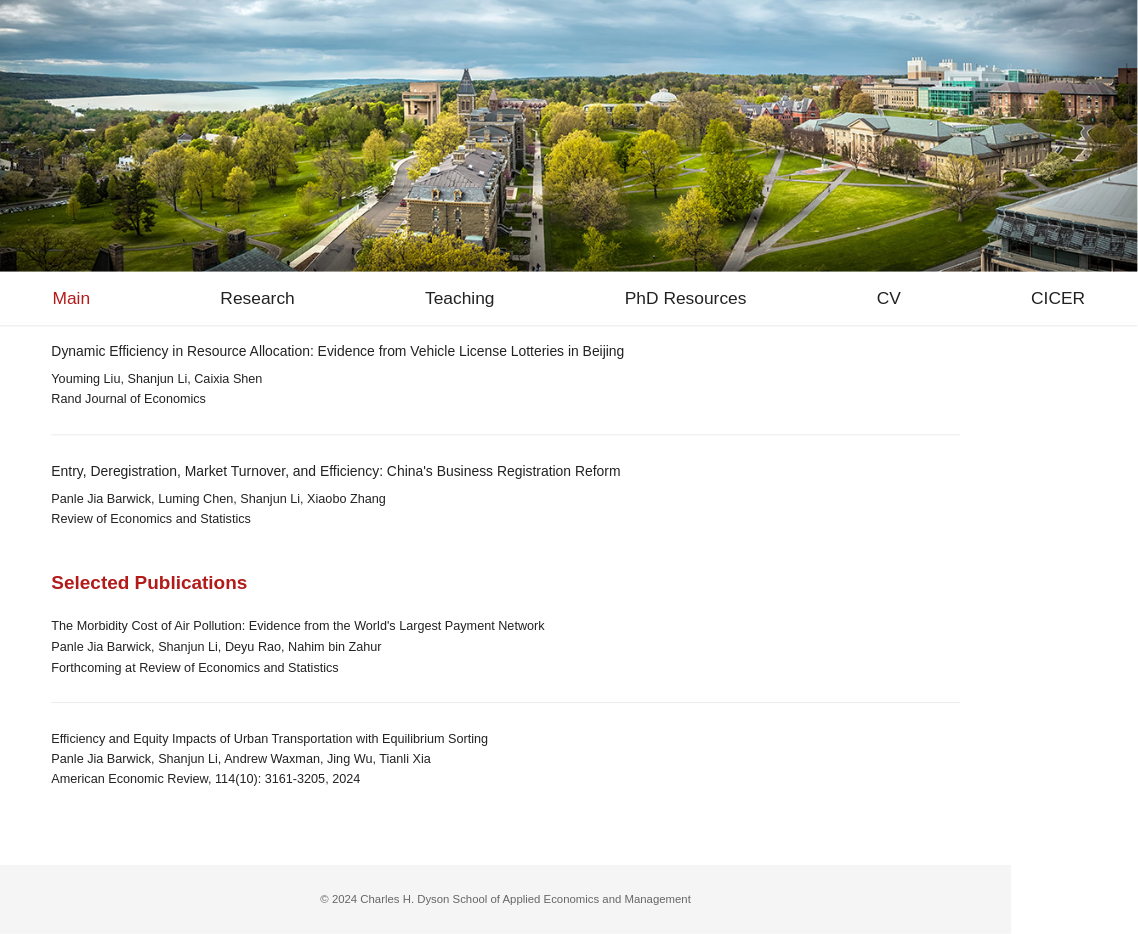
Repository: huang-heavenly-Emperor/k1_project
Page: index.html
The author's editor kept a copy of each file at every save. The page is drawn from the files as they stood at one save, then again after the next save.
The browser window is 1280 px wide. The page is 1440 px wide, then 1280 px, then 1440 px, so the pictures cover 1440 px, including what lies to the right of the window. The pictures show the whole page, at 79% of full size.

Above is the page before, as saved 2024-11-17 05:59:46.

### index.html
<!DOCTYPE html>
<html lang="en">
<head>
    <meta charset="UTF-8">
    <meta name="viewport" content="width=device-width, initial-scale=1.0">
    <title>Academic Homepage</title>
    <link rel="stylesheet" href="reset.css">
    <link rel="stylesheet" href="index.css">
</head>
<body>
    <header class="site-header">
        <div class="banner">
            <img src="images/Cornell University Ithaca Campus.jpg" alt="Cornell University Campus Panorama" class="banner-img">
        </div>
        <nav class="main-nav">
            <div class="nav-container">
                <ul class="nav-list">
                    <li><a href="./index.html" class="active">Main</a></li>
                    <li><a href="./research.html" >Research</a></li>
                    <li><a href="./teaching.html">Teaching</a></li>
                    <li><a href="#">PhD Resources</a></li>
                    <li><a href="#">CV</a></li>
                    <li><a href="#">CICER</a></li>
                </ul>
            </div>
        </nav>
    </header>

    <main class="main-container">
        <section class="manuscripts">
            <h2>Selected Manuscripts</h2>
            <ul>
                <li>
                    <p class="manuscript-title">Dynamic Efficiency in Resource Allocation: Evidence from Vehicle License Lotteries in Beijing</p>
                    <p class="manuscript-authors">Youming Liu, Shanjun Li, Caixia Shen</p>
                    <p class="manuscript-journal">Rand Journal of Economics</p>
                </li>
                <li>
                    <p class="manuscript-title">Entry, Deregistration, Market Turnover, and Efficiency: China's Business Registration Reform</p>
                    <p class="manuscript-authors">Panle Jia Barwick, Luming Chen, Shanjun Li, Xiaobo Zhang</p>
                    <p class="manuscript-journal">Review of Economics and Statistics</p>
                </li>
            </ul>
        </section>

        <section class="publications">
            <h2>Selected Publications</h2>
            <ul>
                <li>
                    <p class="publication-title">The Morbidity Cost of Air Pollution: Evidence from the World's Largest Payment Network</p>
                    <p class="publication-authors">Panle Jia Barwick, Shanjun Li, Deyu Rao, Nahim bin Zahur</p>
                    <p class="publication-journal">Forthcoming at Review of Economics and Statistics</p>
                </li>
                <li>
                    <p class="publication-title">Efficiency and Equity Impacts of Urban Transportation with Equilibrium Sorting</p>
                    <p class="publication-authors">Panle Jia Barwick, Shanjun Li, Andrew Waxman, Jing Wu, Tianli Xia</p>
                    <p class="publication-journal">American Economic Review, 114(10): 3161-3205, 2024</p>
                </li>
            </ul>
        </section>
    </main>

    <footer class="footer">
        <div class="footer-container">
            <p>© 2024 Charles H. Dyson School of Applied Economics and Management</p>
        </div>
    </footer>
</body>
</html>

### reset.css
/* Reset CSS */
*, *::before, *::after {
    margin: 0;
    padding: 0;
    box-sizing: border-box;
}

html, body {
    height: 100%;
    font-size: 16px;
    line-height: 1.5;
    -webkit-font-smoothing: antialiased;
    -moz-osx-font-smoothing: grayscale;
}

body {
    font-family: Arial, sans-serif;
    color: #333;
}

ul, ol {
    list-style: none;
}

a {
    text-decoration: none;
    color: inherit;
}

img {
    max-width: 100%;
    height: auto;
    display: block;
}

button, input, select, textarea {
    font: inherit;
    color: inherit;
}

h1, h2, h3, h4, h5, h6 {
    font-size: inherit;
    font-weight: inherit;
}

### index.css
/* Base Styles */
:root {
  --primary-color: #B31B1B;
  --text-color: #222;
  --link-color: #0076BB;
  --background-color: #fff;
  --border-color: #e5e5e5;
}

body {
  font-family: Arial, sans-serif;
  line-height: 1.6;
  color: var(--text-color);
  background-color: var(--background-color);
}

.main-container {
  max-width: 1150px;
  padding: 0 20px;
  margin: 0 auto;
}

/* Header Styles */
.site-header {
  position: relative;
  width: 1440px;
  height: 320px;
  margin: 0 auto;
}

.banner {

  overflow: hidden;
  position: relative;
}

.banner img {
  width: 100%;
  height: 100%;
  object-fit: cover;
}

/* Navigation Styles */
nav {
  background-color: var(--background-color);
  border-bottom: 1px solid var(--border-color);
}

nav ul {
  display: flex;
  justify-content: space-around;
  align-items: center;
  gap: 2rem;
  padding: 1rem 0;
  list-style: none;
}

nav a {
  text-decoration: none;
  color: var(--text-color);
  font-weight: 500;
  font-size: 22px;
  padding: 0.5rem 0;
  transition: color 0.3s;
}

nav a:hover,
nav a.active {
  color: var(--primary-color);
}

/* Main Content Styles */
.main-container {
  padding: 3rem 0;
}

section {
  margin-bottom: 3rem;
}

h2 {
  font-size: 1.5rem;
  font-weight: 600;
  margin-bottom: 1.5rem;
  color: var(--primary-color);
}

.manuscripts ul,
.publications ul {
  list-style: none;
  display: flex;
  flex-direction: column;
  gap: 2rem;
}

.manuscripts li,
.publications li {
  padding-bottom: 2rem;
  border-bottom: 1px solid var(--border-color);
}

.manuscripts li:last-child,
.publications li:last-child {
  border-bottom: none;
  padding-bottom: 0;
}

.manuscript-title,
.authors,
.journal {
  font-size: 1.1rem;
  font-weight: 500;
  margin-bottom: 0.5rem;
}

.authors {
  color: #444;
  margin-bottom: 0.5rem;
}

.journal {
  color: #666;
  font-style: italic;
}

/* Footer Styles */
.footer {
  background-color: #f5f5f5;
  padding: 2rem 0;
  text-align: center;
  font-size: 0.9rem;
  color: #666;
}

/* Responsive Design */
@media (max-width: 768px) {
  .banner {
    height: 300px;
  }

  nav ul {
    flex-wrap: wrap;
    justify-content: center;
    gap: 1rem;
  }

  h2 {
    font-size: 1.3rem;
  }

  .manuscript-title {
    font-size: 1rem;
  }
}

@media (max-width: 480px) {
  .banner {
    height: 200px;
  }

  .manuscripts ul,
  .publications ul {
    gap: 1.5rem;
  }

  .manuscripts li,
  .publications li {
    padding-bottom: 1.5rem;
  }
}

### common.css


After the next save:
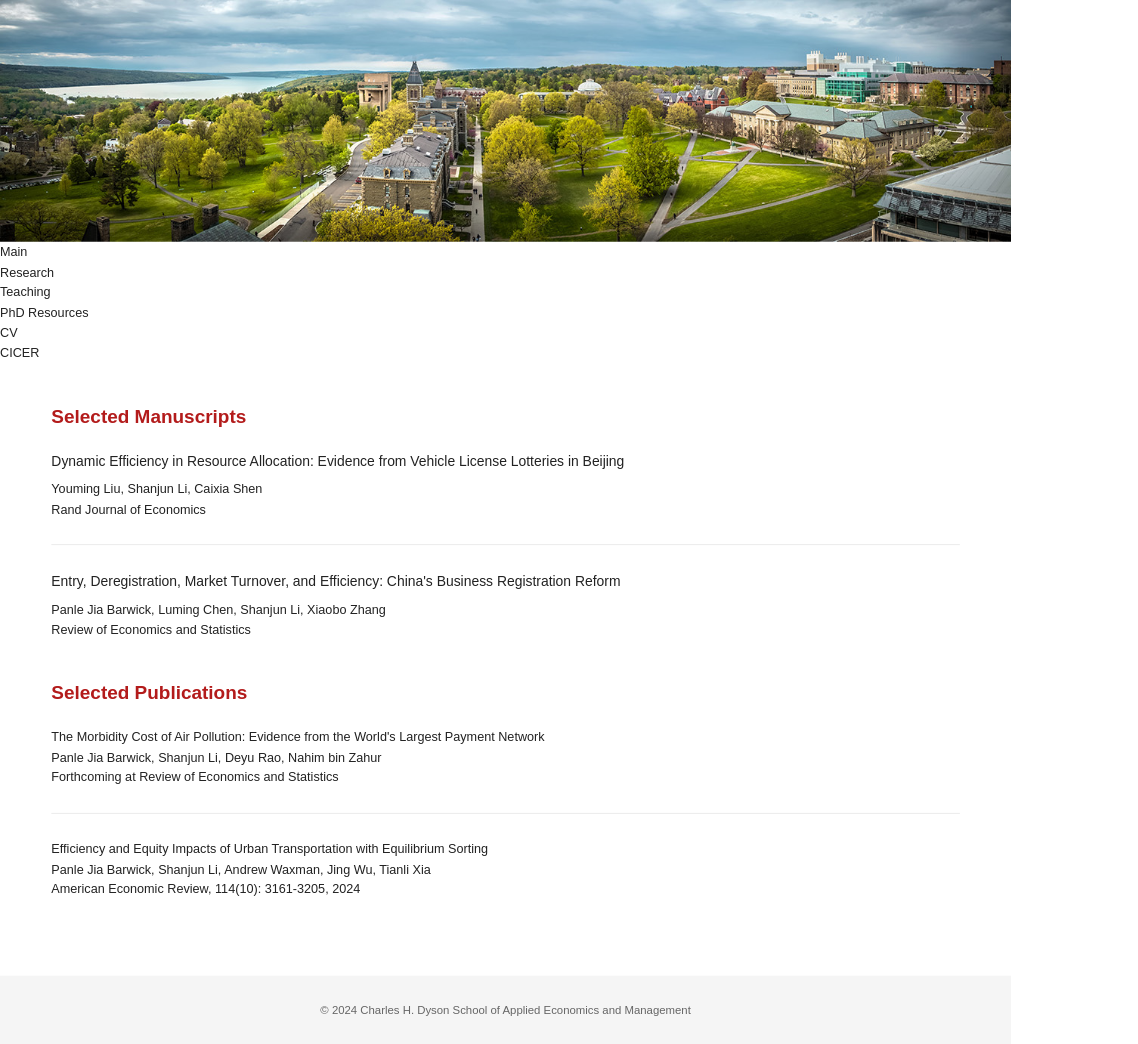
Saved 9 min 8 s later.
--- a/index.css
+++ b/index.css
@@ -20,54 +20,6 @@ body {
   margin: 0 auto;
 }
 
-/* Header Styles */
-.site-header {
-  position: relative;
-  width: 1440px;
-  height: 320px;
-  margin: 0 auto;
-}
-
-.banner {
-
-  overflow: hidden;
-  position: relative;
-}
-
-.banner img {
-  width: 100%;
-  height: 100%;
-  object-fit: cover;
-}
-
-/* Navigation Styles */
-nav {
-  background-color: var(--background-color);
-  border-bottom: 1px solid var(--border-color);
-}
-
-nav ul {
-  display: flex;
-  justify-content: space-around;
-  align-items: center;
-  gap: 2rem;
-  padding: 1rem 0;
-  list-style: none;
-}
-
-nav a {
-  text-decoration: none;
-  color: var(--text-color);
-  font-weight: 500;
-  font-size: 22px;
-  padding: 0.5rem 0;
-  transition: color 0.3s;
-}
-
-nav a:hover,
-nav a.active {
-  color: var(--primary-color);
-}
 
 /* Main Content Styles */
 .main-container {

After the 2 saves that followed:
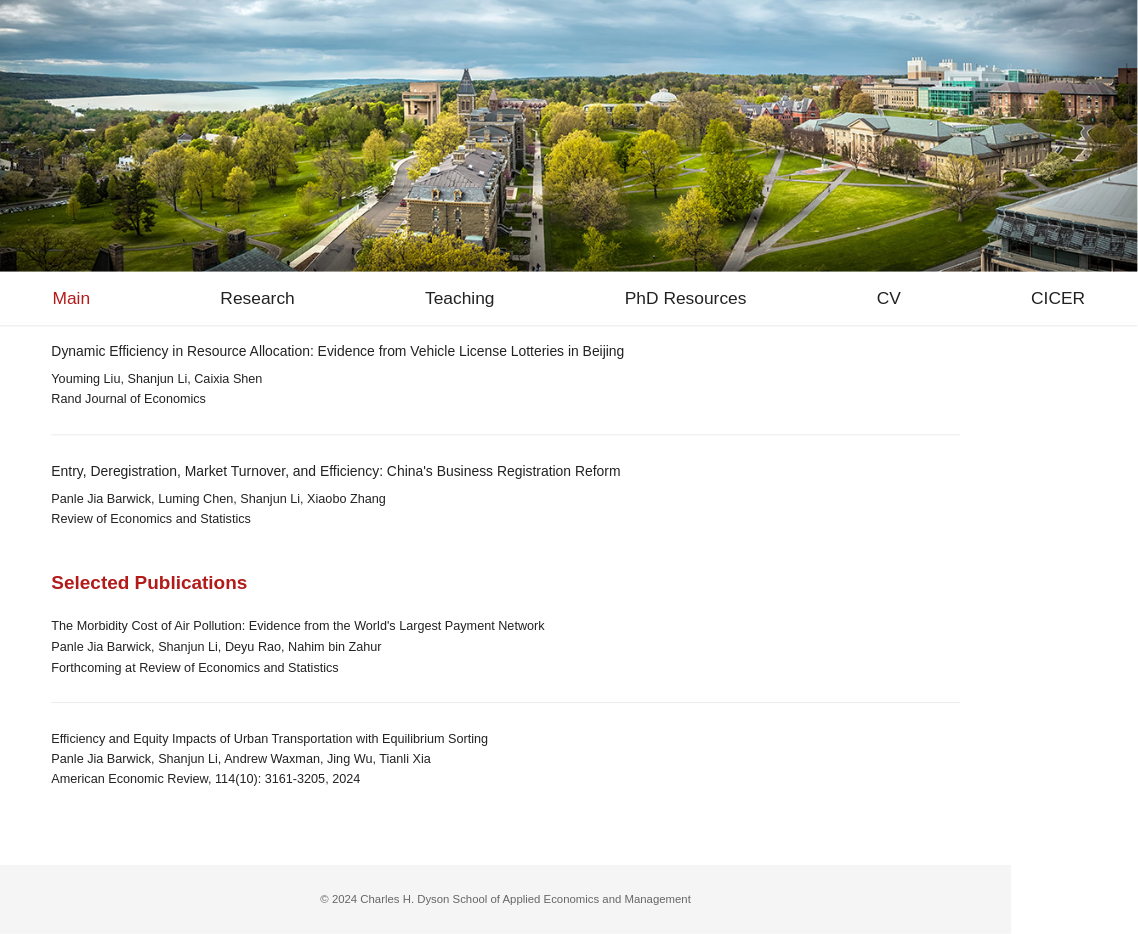
The 2 saves are shown as one change because 1 left the picture as it was.
The last was saved 8 s later.
--- a/index.html
+++ b/index.html
@@ -5,6 +5,7 @@
     <meta name="viewport" content="width=device-width, initial-scale=1.0">
     <title>Academic Homepage</title>
     <link rel="stylesheet" href="reset.css">
+    <link rel="stylesheet" href="common.css">
     <link rel="stylesheet" href="index.css">
 </head>
 <body>
--- a/common.css
+++ b/common.css
@@ -0,0 +1,49 @@
+
+/* Header Styles */
+.site-header {
+  position: relative;
+  width: 1440px;
+  height: 320px;
+  margin: 0 auto;
+}
+
+.banner {
+
+  overflow: hidden;
+  position: relative;
+}
+
+.banner img {
+  width: 100%;
+  height: 100%;
+  object-fit: cover;
+}
+
+/* Navigation Styles */
+nav {
+  background-color: var(--background-color);
+  border-bottom: 1px solid var(--border-color);
+}
+
+nav ul {
+  display: flex;
+  justify-content: space-around;
+  align-items: center;
+  gap: 2rem;
+  padding: 1rem 0;
+  list-style: none;
+}
+
+nav a {
+  text-decoration: none;
+  color: var(--text-color);
+  font-weight: 500;
+  font-size: 22px;
+  padding: 0.5rem 0;
+  transition: color 0.3s;
+}
+
+nav a:hover,
+nav a.active {
+  color: var(--primary-color);
+}
